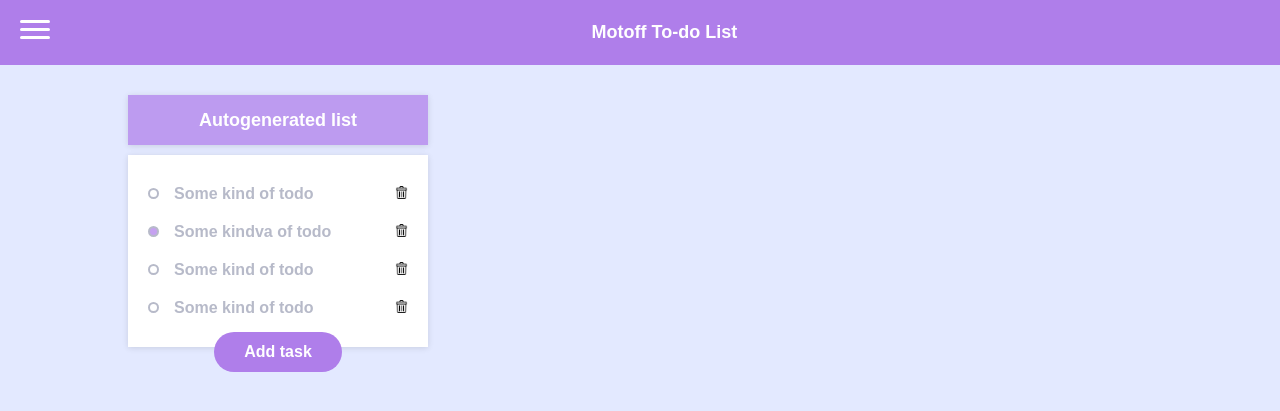
Repository: Amad-Mlinka/Todo-List-Vanilla-JS
Page: index.html
The author's editor kept a copy of each file at every save. The page is drawn from the files as they stood at one save, then again after the next save.
The browser window is 1280 px wide. The pictures show the whole page.
The page's requests for data from a server got no answer.

Above is the page before, as saved 2021-09-15 01:39:07.

After the next save:
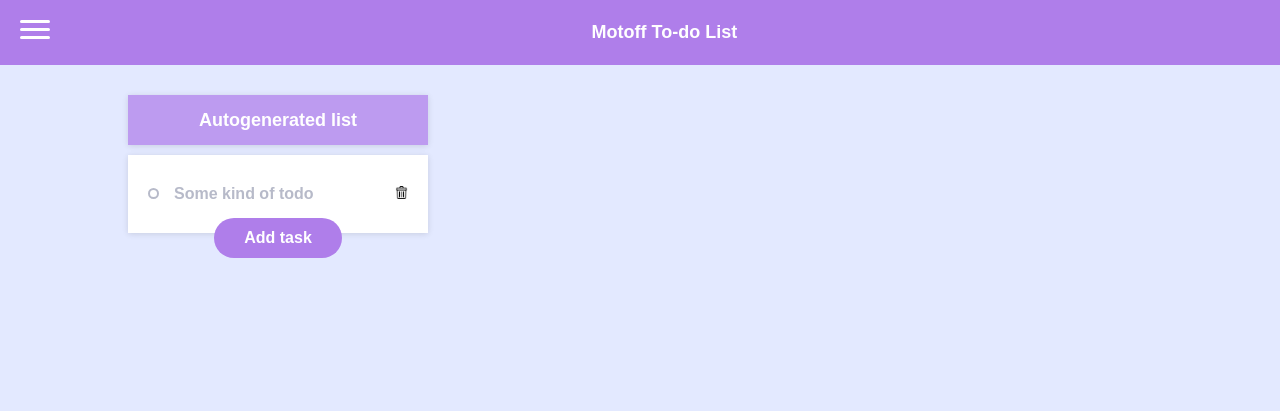
Saved 29 s later.
--- a/index.html
+++ b/index.html
@@ -49,65 +49,6 @@
                 <div class="deleteTooltip"></div>
               </div>
             </div>
-            <div class="todoItem">
-              <div class="checkDescription">
-                <div class="todoCheck">
-                  <span class="checkCircle checked"></span>
-                </div>
-                <div class="todoDescription">
-                  <span class="todoText">Some kindva of todo</span>
-                </div>
-              </div>
-
-              <div class="todoDelete">
-                <div class="deleteIconContainer">
-                  <img
-                    class="deleteIcon"
-                    src="/public/images/trash.png"
-                    alt=""
-                  />
-                </div>
-                <div class="deleteTooltip"></div>
-              </div>
-            </div>
-            <div class="todoItem">
-              <div class="checkDescription">
-                <div class="todoCheck"><span class="checkCircle"></span></div>
-                <div class="todoDescription">
-                  <span class="todoText">Some kind of todo</span>
-                </div>
-              </div>
-
-              <div class="todoDelete">
-                <div class="deleteIconContainer">
-                  <img
-                    class="deleteIcon"
-                    src="/public/images/trash.png"
-                    alt=""
-                  />
-                </div>
-                <div class="deleteTooltip"></div>
-              </div>
-            </div>
-            <div class="todoItem">
-              <div class="checkDescription">
-                <div class="todoCheck"><span class="checkCircle"></span></div>
-                <div class="todoDescription">
-                  <span class="todoText">Some kind of todo</span>
-                </div>
-              </div>
-
-              <div class="todoDelete">
-                <div class="deleteIconContainer">
-                  <img
-                    class="deleteIcon"
-                    src="/public/images/trash.png"
-                    alt=""
-                  />
-                </div>
-                <div class="deleteTooltip"></div>
-              </div>
-            </div>
           </div>
           <div class="addBtnContainer">
             <div class="addTaskBtn">Add task</div>
